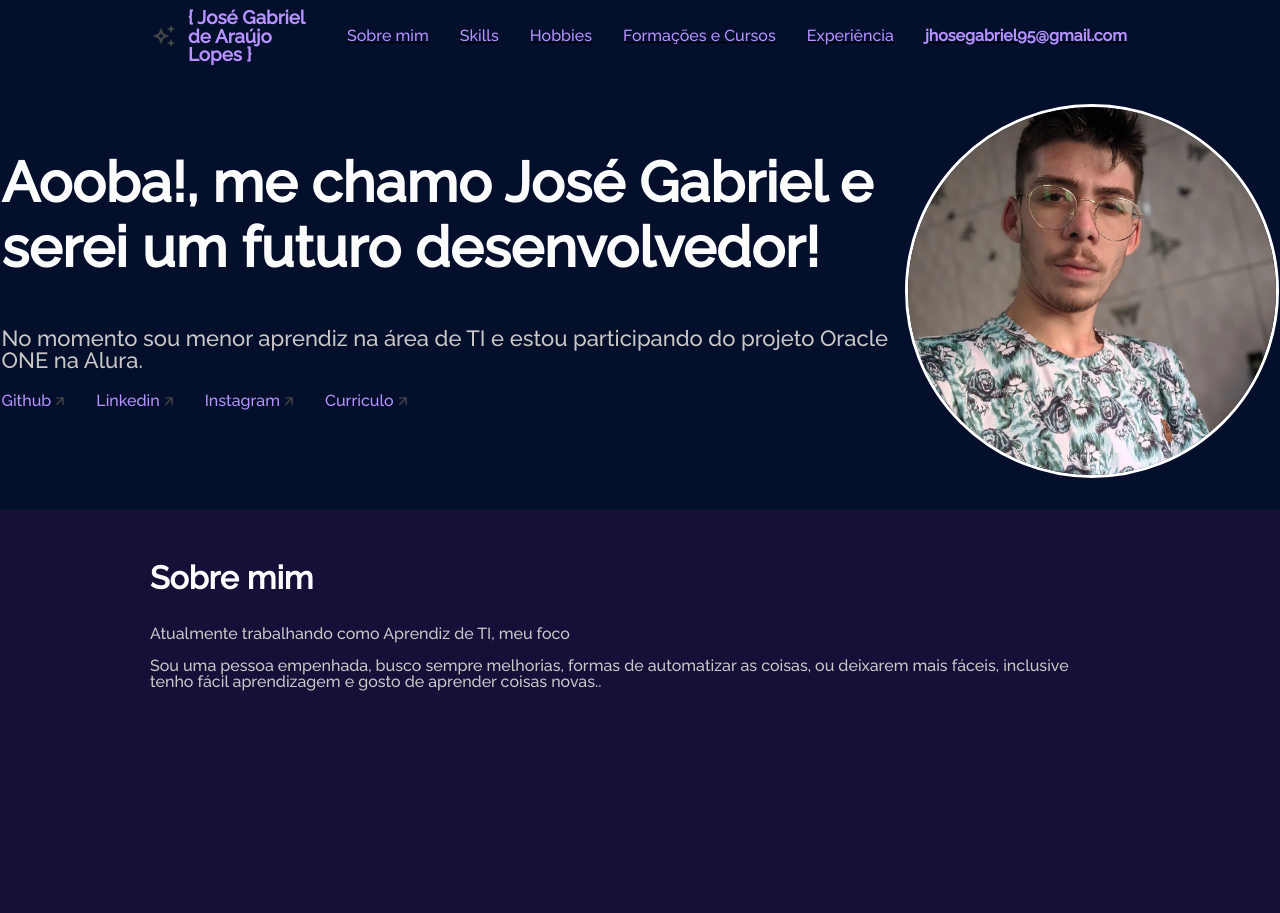
Repository: GabbLps/Portfolio
Page: index.html
These files come from the project's save history. The page is drawn as it stood at one moment and after the next save; the edit follows.
The browser window is 1280 px wide. The pictures show the whole page.

Above is the page before, as saved 2022-06-23 12:27:50.

After the next save:
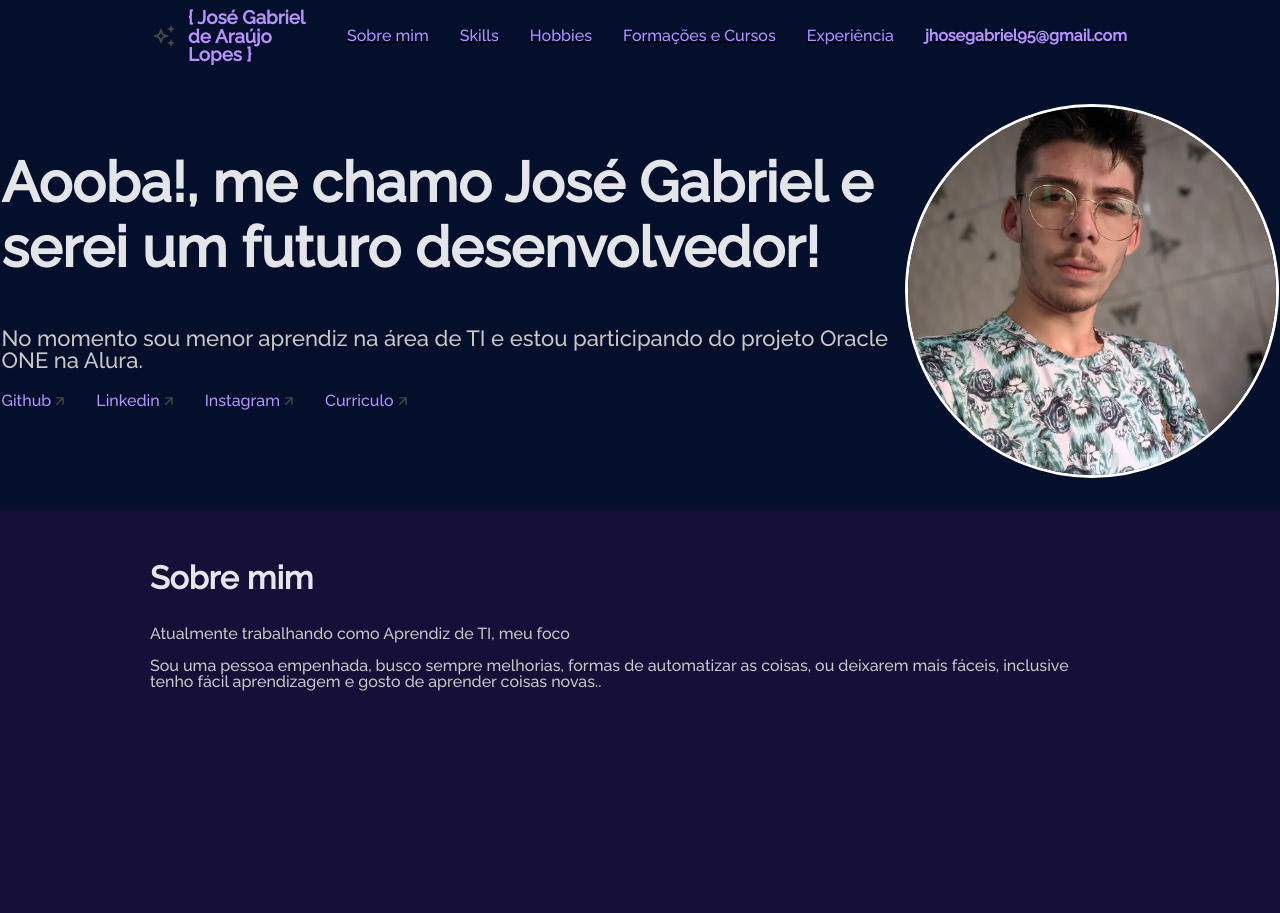
Saved 22 s later.
--- a/style.css
+++ b/style.css
@@ -10,7 +10,7 @@
     --cor-de-link: #B892FF;
     --cor-de-titulos: #cac7c7;
     --cor-fundo-azul: #EAF2ED;
-    --cor-caixas: #FBFBFB;
+    --cor-caixas: #fbfbfbe8;
     --azul-botoes: #2A74E4;
 }
 
